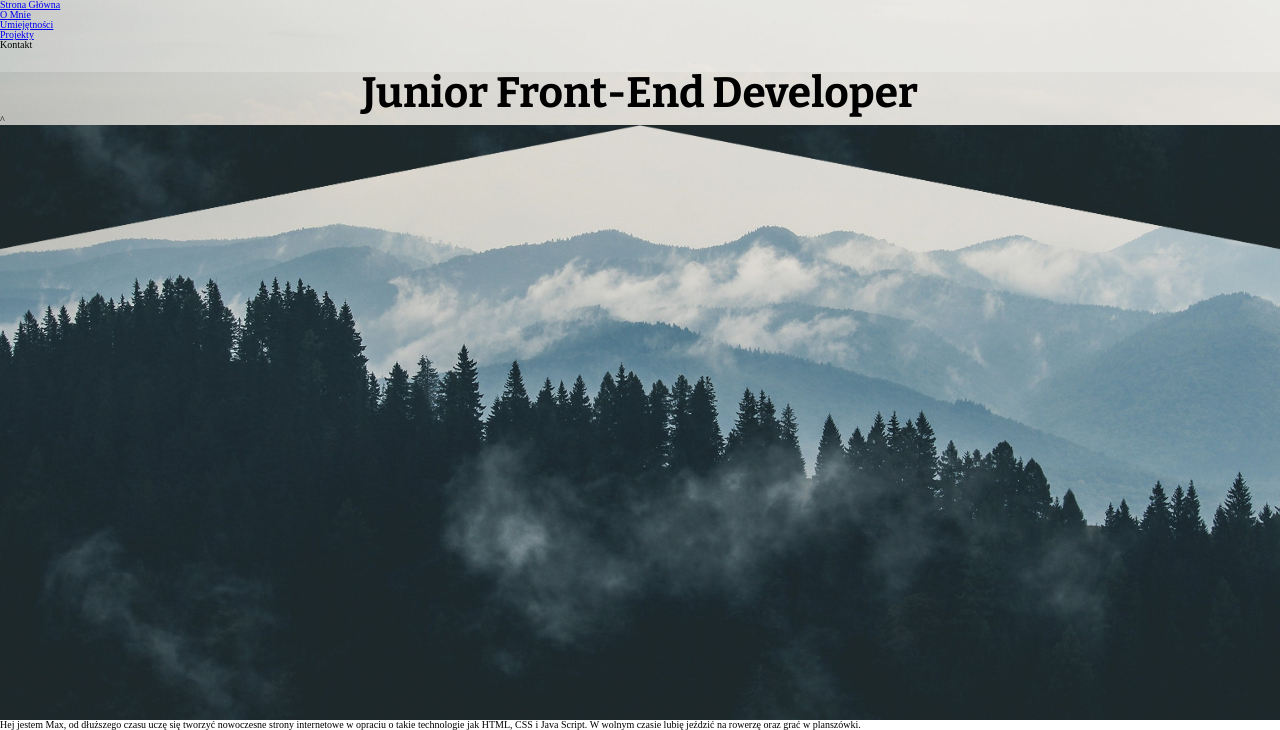
Repository: Maxs777/wizytowka
Page: index.html
These files come from the project's save history. The page is drawn as it stood at one moment and after a run of saves; the edit follows.
The browser window is 1280 px wide. The pictures show the whole page.

Above is the page before, as saved 2019-03-09 21:54:28.

### index.html
<!DOCTYPE html>
<html lang="pl">
<head>
    <meta charset="UTF-8">
    <meta name="viewport" content="width=device-width, initial-scale=1.0">
    <meta http-equiv="X-UA-Compatible" content="ie=edge">
    <link rel="stylesheet" href="_css/style.css">
    <title>Strona-wizytówka</title>
    <meta name="description" content="Jest to moja pierwsza strona-wizytówka">
    <meta name="author" content="Maksymilian Suchocki">
    <link href="https://fonts.googleapis.com/css?family=Bitter:400i,700&amp;subset=latin-ext" rel="stylesheet">
    <link rel="stylesheet" href="https://use.fontawesome.com/releases/v5.7.2/css/all.css"
        integrity="sha384-fnmOCqbTlWIlj8LyTjo7mOUStjsKC4pOpQbqyi7RrhN7udi9RwhKkMHpvLbHG9Sr" crossorigin="anonymous">


</head>
<body>
   <div class="container">
       <header>
        <nav>
            <ul>
                <li><a href="#header">Strona Główna</a></li>
                <li><a href="#section1">O Mnie</a></li>
                <li><a href="#section2">Umiejętności</a></li>
                <li><a href="#section3">Projekty</a></li>
                <li><a href="#section4"></a>Kontakt</li>
            </ul>
        </nav>
           <h1>Junior Front-End Developer</h1>
           <div class="wrapper">^</div>
           <div class="downimage"></div>
        </header>
       <section id="section1" class="me">
           <article class="aboutme"><p>Hej jestem Max, od dłuższego czasu uczę się tworzyć nowoczesne strony internetowe w opraciu o takie technologie jak
        HTML, CSS i Java Script. W wolnym czasie lubię jeździć na rowerzę oraz grać w planszówki.</p></article>
           <article class="aboutme"></article>
       </section>
       <section id="section2" class="skills"></section>
       <section id="section3" class="project"></section>
       <section id="section4" class="contact"></section>
       <footer></footer>
   </div>
</body>
</html>

### _css/style.css
@import url('reset.css');

:root{
    /* -----------------------------fonts */
    font-size: 62.5%;
    /* font-family: 'Bitter', serif; */

    /*---------------------------- colors */
    --dark-blue-color: #2C3E50;
    --red-color: #E74C3C;
    --white-color: #ECF0F1;
    --main-blue: #3498DB;
    --second-blue: #2980B9;
    /* ---------------------------------- */
}

*,
*::after,
*::before{
    box-sizing: border-box;
}

h1, h2{
    font-family: 'Bitter',
    serif;
}

h1{
    font-size: 4.25rem;
    font-weight: bold;
    text-align: center;
}

nav{
    background-color: rgba(255, 255, 255, .2);
    height: 10vh;
    position: sticky;
    text-decoration: none;


}

.hide{
    position: absolute;
    clip:rect(0px 0px 0px 0px);
    *clip: rect(0 0 0 0);
}

header{
    height: 100vh;
    width: 100vw;
    background: url(../_assets/_img/background.jpg) center / cover;
    /* overflow: hidden; */
}

.downimage{
        background: url(../_assets/_img/background1.png) bottom / cover no-repeat;
        height: 20vh;
        width: 100vw;
        position: relative;
        bottom: 0;
}

Loaded but not shown: _css/reset.css (common file)

After the next 2 saves:
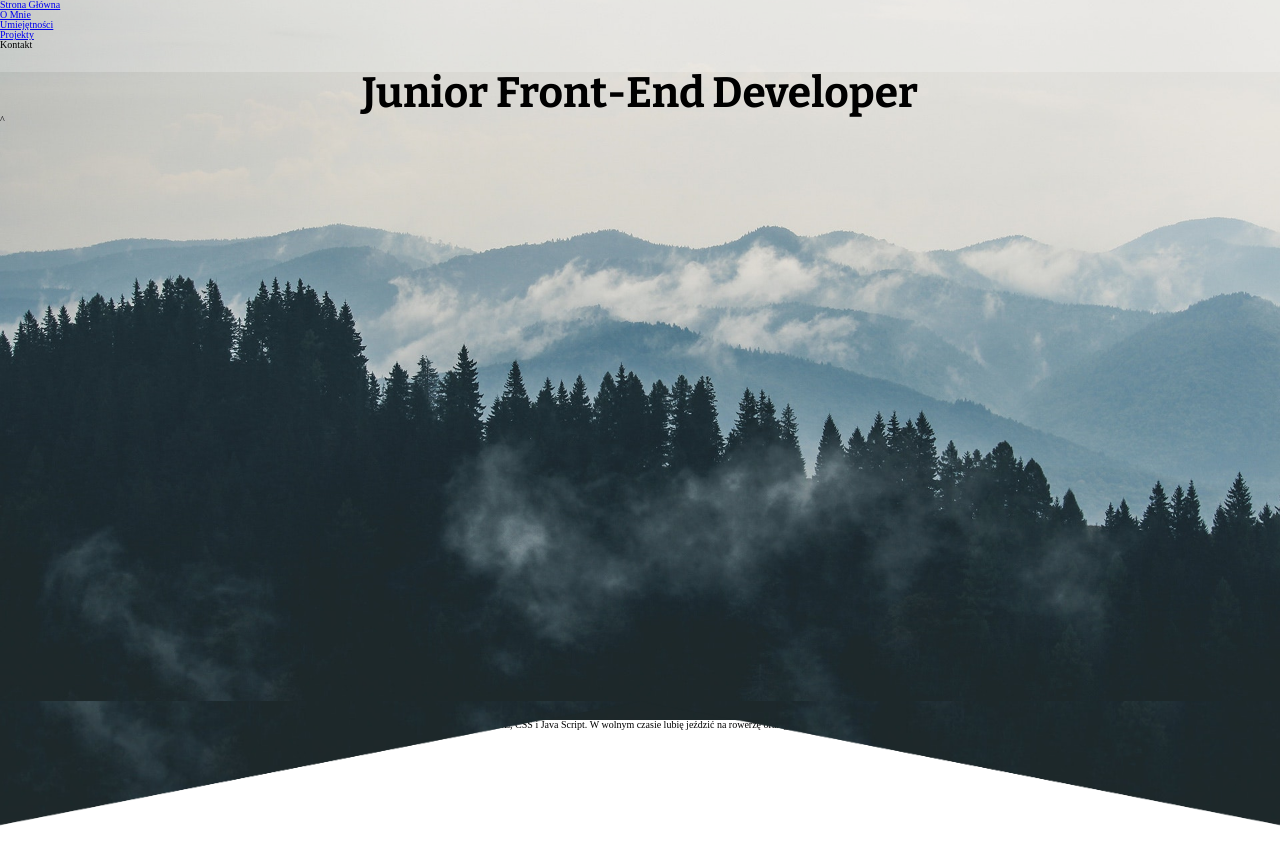
The 2 saves are shown as one change because they came seconds apart.
The last was saved 11 s later.
--- a/_css/style.css
+++ b/_css/style.css
@@ -58,5 +58,5 @@ header{
         height: 20vh;
         width: 100vw;
         position: relative;
-        bottom: 0;
+        top: 80vh;
 }
